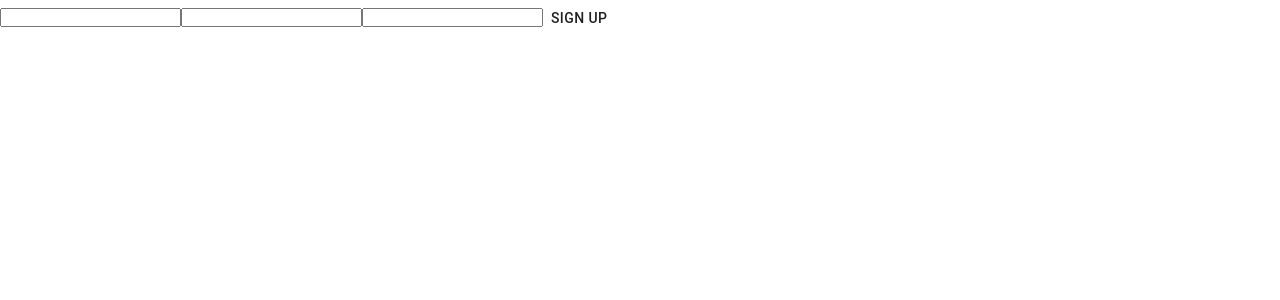
Repository: Ellisvelandia/react_form_jest
Page: /
The author's editor kept a copy of each file at every save. The page is drawn from the files as they stood at one save, then again after a run of saves.
The browser window is 1280 px wide. The pictures show the whole page.
The project was rebuilt for these pictures with package versions that can differ from the ones it lists, and the page was loaded fresh each time.

Above is the page before, as saved 2022-08-17 21:17:04.

### src/index.css
* {
  margin: 0;
  padding: 0;
  box-sizing: border-box;
}

.MaterialForm {
  display: flex;
  flex-direction: column;
  align
}

### src/App.js
import './App.css';
import  MaterialForm from "./component/material-form";

function App() {
  return (
    <div className="App">
     <MaterialForm/>
    </div>
  );
}

export default App;

### src/component/material-form.js
import { Button, Box, TextField } from '@material-ui/core'
import { Field, Form, Formik } from 'formik'
import { object, String } from 'yup'

const MaterialForm = () => {
  return (
    <div className='MaterialForm'>
      <Formik>
        {() => (
          <Form>
            <Field />
            <Field />
            <Field />
            <Button>Sign up</Button>
          </Form>
        )}
      </Formik>
    </div>
  )
}

export default MaterialForm

Loaded but not shown: public/index.html (common file); src/index.js (common file); src/reportWebVitals.js (common file); src/App.css (no stored copy; drawn as an empty file)

After the next 2 saves:
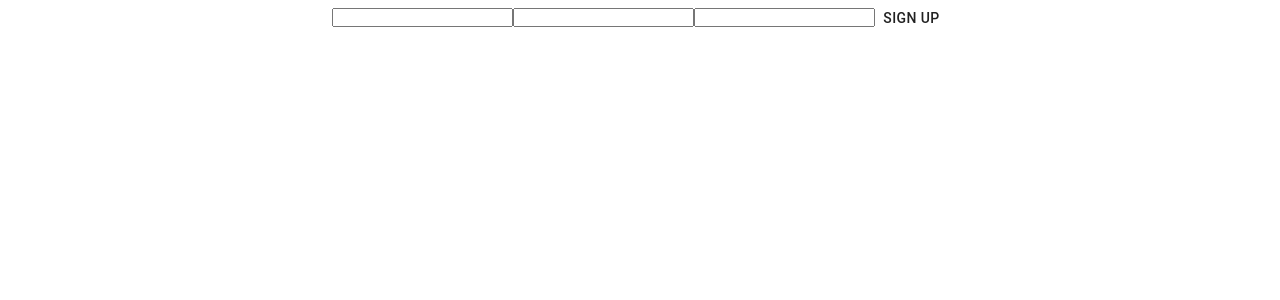
The 2 saves are shown as one change because they came seconds apart.
The last was saved 6 s later.
--- a/src/index.css
+++ b/src/index.css
@@ -7,5 +7,6 @@
 .MaterialForm {
   display: flex;
   flex-direction: column;
-  align
+  align-items: center;
+
 }
